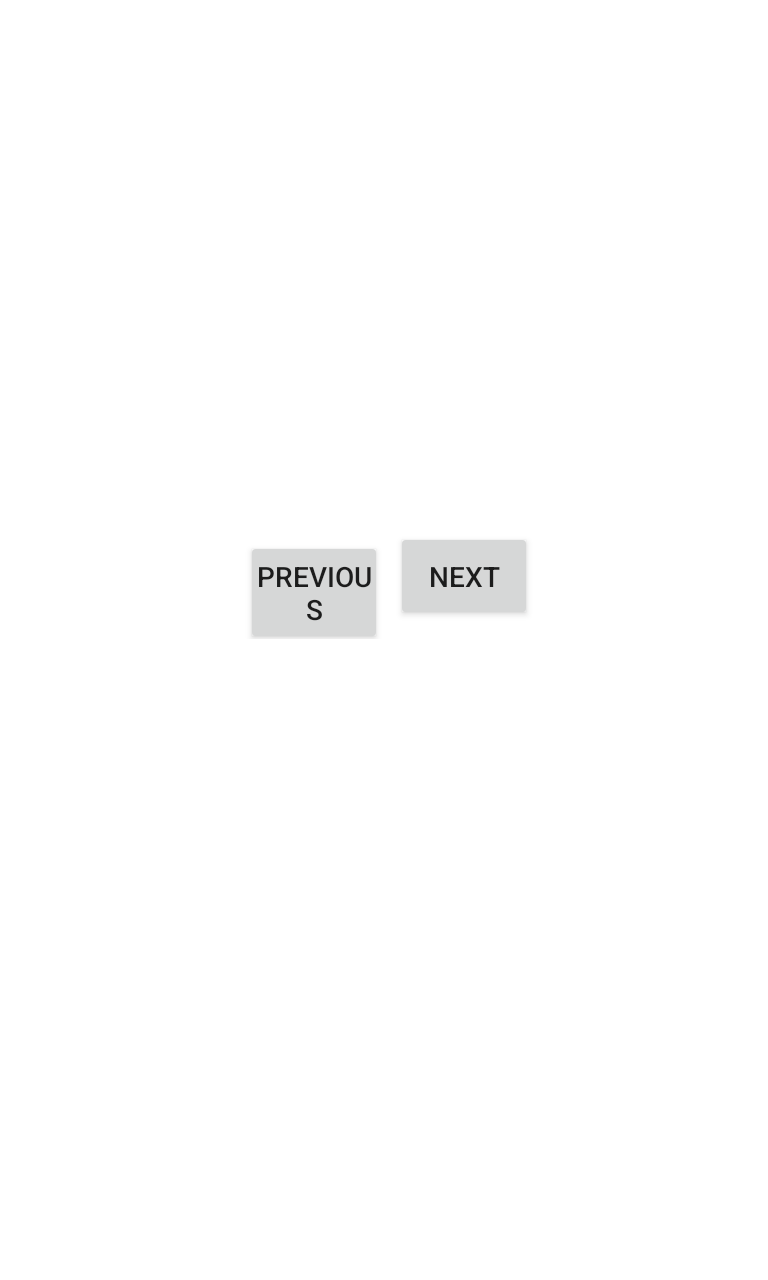
Repository: Warun26/PropertySearch
Layout: PropertySearch/res/layout/historical_zestimates_tab.xml
These files come from the project's save history. The layout is drawn as it stood at one moment and after the next save; the edit follows.
It is drawn on a 768 x 1280 px phone screen (xhdpi) without system bars, with theme AppTheme; the app's code is not run. The app's manifest (not shown) leaves right-to-left support off. So textAlignment, textDirection and layoutDirection are ignored, and left and right values win over start and end ones.

Above is the layout before, as saved 2014-11-23 05:49:36.

### PropertySearch/res/layout/historical_zestimates_tab.xml
<?xml version="1.0" encoding="utf-8"?>
<LinearLayout xmlns:android="http://schemas.android.com/apk/res/android"
    android:id="@+id/tab2"
    android:layout_width="fill_parent"
    android:layout_height="fill_parent"
    android:orientation="vertical"
    android:background="#fff">

    <TextSwitcher
        android:id="@+id/chartYear"
        android:layout_width="fill_parent"
        android:layout_height="wrap_content"
        android:background="#fff"
        android:padding="5dp"
        android:textSize = "16sp"
        android:textStyle="bold"
        android:layout_marginTop="10dp"
        android:layout_marginBottom="5dp" />


    <TextView
	     android:id="@+id/address"
	     android:layout_width="wrap_content"
	     android:layout_height="wrap_content"
	     android:padding="0dp"
	     android:textSize="14sp"
	     android:textAlignment="center"
	     android:layout_gravity="center"  >
	</TextView>

    <ImageSwitcher
      android:id="@+id/ZestimateCharts"
      android:layout_width="fill_parent"
      android:layout_height="200dp" >
    </ImageSwitcher>

    <LinearLayout
        android:id="@+id/imageNavigationButtons"
        android:layout_width="150dp"
        android:layout_height="wrap_content"
        android:orientation="horizontal"
        android:layout_gravity="center_horizontal" >
	    <Button
	      	android:id="@+id/previousImageButton"
	        android:layout_width="fill_parent"
	        android:layout_height="wrap_content"
	        android:text="@string/previous"
	        android:layout_marginLeft="5dp"
	        android:layout_marginStart="5dp"
	        android:layout_marginTop="20dp"
	        android:paddingLeft="3dp"
	        android:paddingRight="3dp"
	        android:layout_weight="1" />

	    <Button
	      	android:id="@+id/nextImageButton"
	        android:layout_width="fill_parent"
	        android:layout_height="wrap_content"
	        android:text="@string/next"
	        android:layout_marginLeft="5dp"
	        android:layout_marginStart="5dp"
	        android:layout_marginTop="20dp"
	        android:paddingLeft="3dp"
	        android:paddingRight="3dp"
	        android:layout_weight="1" />
        </LinearLayout>
        <TextView
            android:id="@+id/branding2"
            android:layout_width="200dp"
            android:layout_height="wrap_content"
            android:textColorLink="#0000EE"
            android:textColor="#000"
            android:textAlignment="center"
            android:gravity="center_horizontal"
            android:layout_gravity="center_horizontal" />
</LinearLayout>

### PropertySearch/res/values/strings.xml
<?xml version="1.0" encoding="utf-8"?>
<resources>

    <string name="app_name">PropertySearch</string>
    <string name="hello_world">Hello world!</string>
    <string name="action_settings">Settings</string>
    <string name="search">Search</string>
    <string name="title_activity_main">MainActivity</string>
    <string name="form_title">Search Your Property Here</string>
    <string name="street_address">Street Address</string>
    <string name="address">Address*:</string>
    <string name="city_label">City*:</string>
    <string name="city">City</string>
    <string name="state">State*:</string>
    <string name="zillow_image">Zillow Logo</string>
    <string name="error_message">This field is required.</string>
    <string name="body1">body1</string>
    <string name="body2">body2</string>
    <string name="previous">Previous</string>
    <string name="next">Next</string>
    <string name="more_details">See more details on Zillow:</string>
    <string-array name="states">
        <item>Choose State</item>
        <item>AL</item>
        <item>AK</item>
        <item>AZ</item>
        <item>AR</item>
        <item>CA</item>
        <item>CO</item>
        <item>CT</item>
        <item>DE</item>
        <item>DC</item>
        <item>FL</item>
        <item>GA</item>
        <item>HI</item>
        <item>ID</item>
        <item>IL</item>
        <item>IN</item>
        <item>IA</item>
        <item>KS</item>
        <item>KY</item>
        <item>LA</item>
        <item>ME</item>
        <item>MD</item>
        <item>MA</item>
        <item>MI</item>
        <item>MN</item>
        <item>MS</item>
        <item>MO</item>
        <item>MT</item>
        <item>NE</item>
        <item>NV</item>
        <item>NH</item>
        <item>NJ</item>
        <item>NM</item>
        <item>NY</item>
        <item>NC</item>
        <item>ND</item>
        <item>OH</item>
        <item>OK</item>
        <item>OR</item>
        <item>PA</item>
        <item>PA</item>
        <item>RI</item>
        <item>SC</item>
        <item>SD</item>
        <item>TN</item>
        <item>TX</item>
        <item>UT</item>
        <item>VT</item>
        <item>VA</item>
        <item>WA</item>
        <item>WV</item>
        <item>WI</item>
        <item>WY</item>
    </string-array>

    <string name="title_activity_display_property_details">Results from Zillow</string>

</resources>

Loaded but not shown: PropertySearch/res/values/styles.xml (common file); PropertySearch/res/values-v11/styles.xml (common file); PropertySearch/res/values-v14/styles.xml (common file)

After the next save:
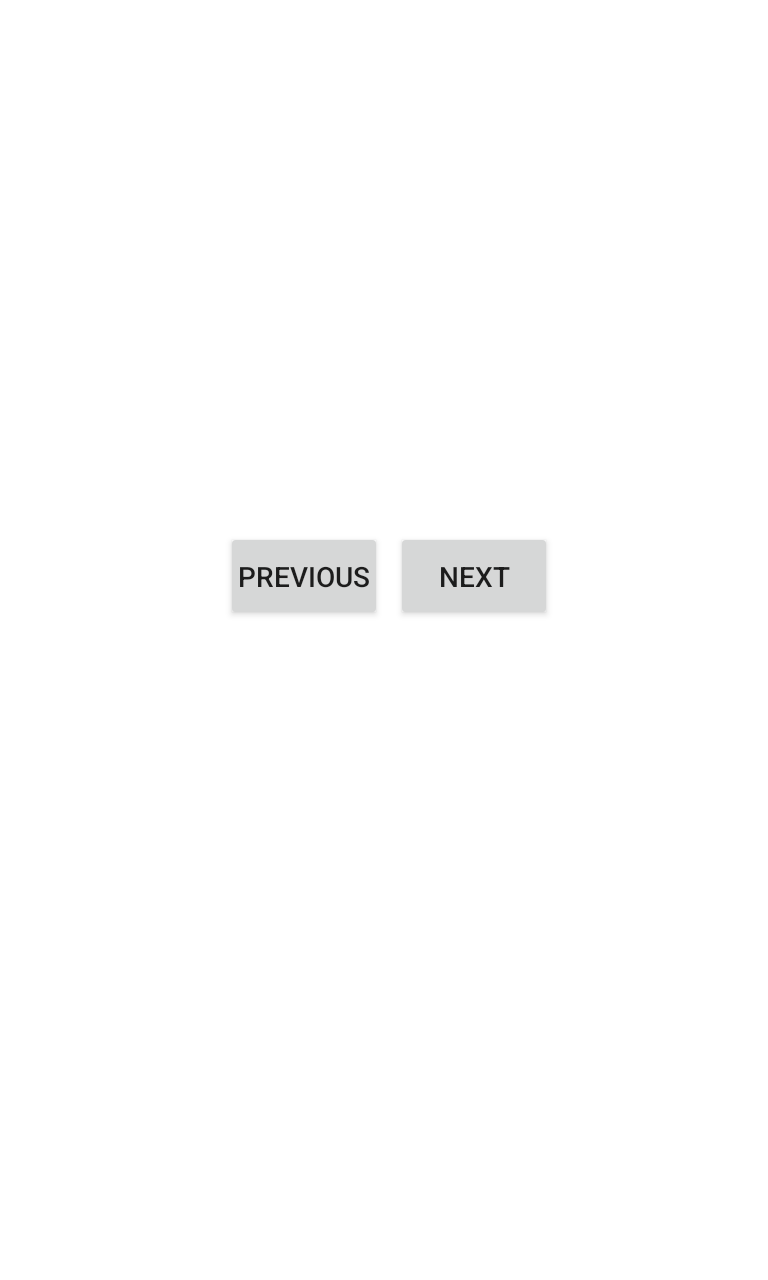
Saved 8 s later.
--- a/PropertySearch/res/layout/historical_zestimates_tab.xml
+++ b/PropertySearch/res/layout/historical_zestimates_tab.xml
@@ -36,7 +36,7 @@
 
     <LinearLayout
         android:id="@+id/imageNavigationButtons"
-        android:layout_width="150dp"
+        android:layout_width="170dp"
         android:layout_height="wrap_content"
         android:orientation="horizontal"
         android:layout_gravity="center_horizontal" >
